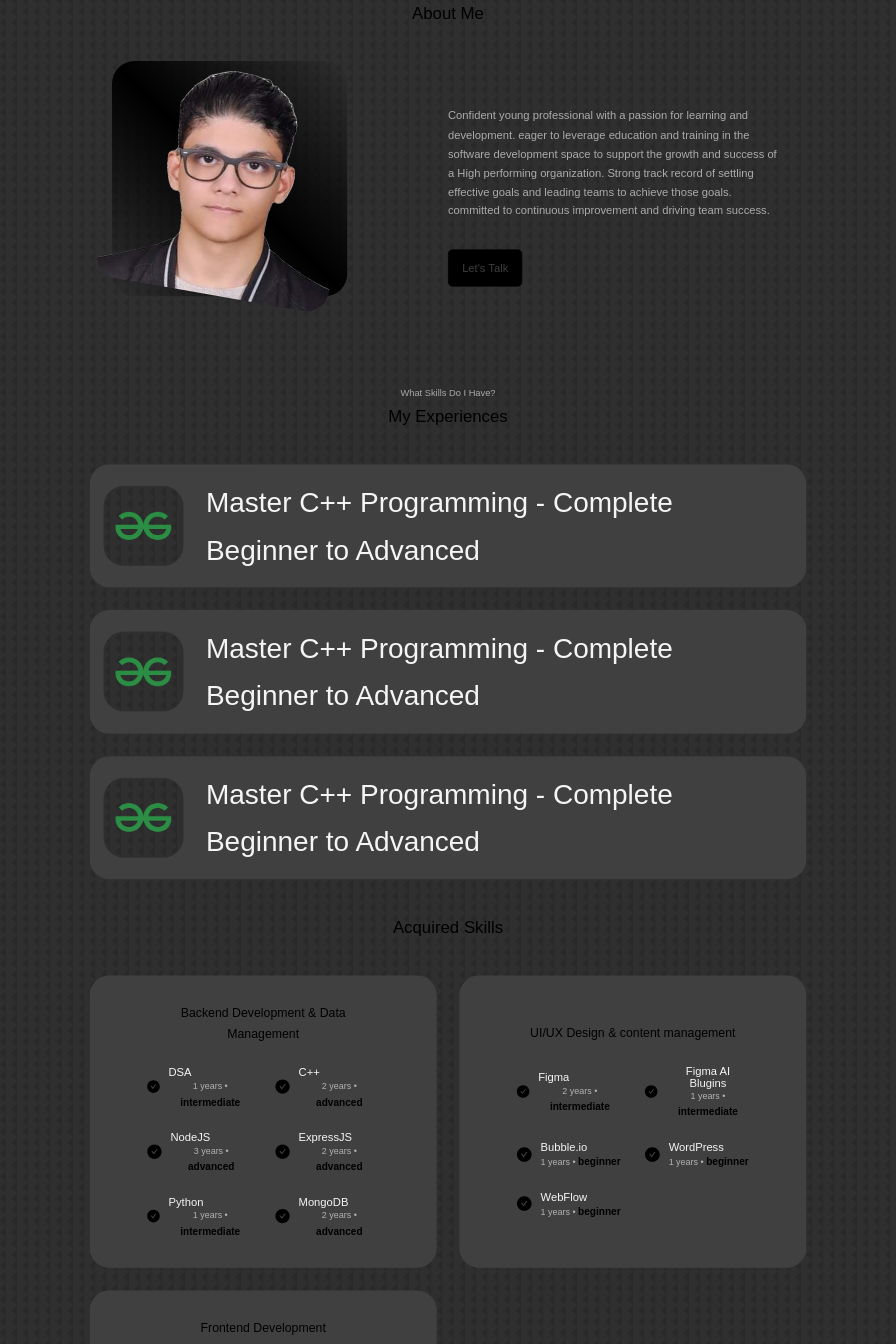
Repository: Z-Bahaa/project_joker_react_portfolio
Page: /
An editor plug-in stored every save of this project. The page is shown before and after the next save, followed by the edit.
The browser window is 1280 px wide. The pictures show the part of the page from y = 1015 to 2935 px (the page is 5472 px tall), at 70% of full size.
Some web fonts or font styles are not loaded; a fallback is used. The project was rebuilt for these pictures with package versions that can differ from the ones it lists, and the page was loaded fresh each time. Imported but missing from the stored project, and not drawn on this page: src/assets/resume.pdf.

Above is the page before, as saved 2023-08-21 14:06:08.

After the next save:
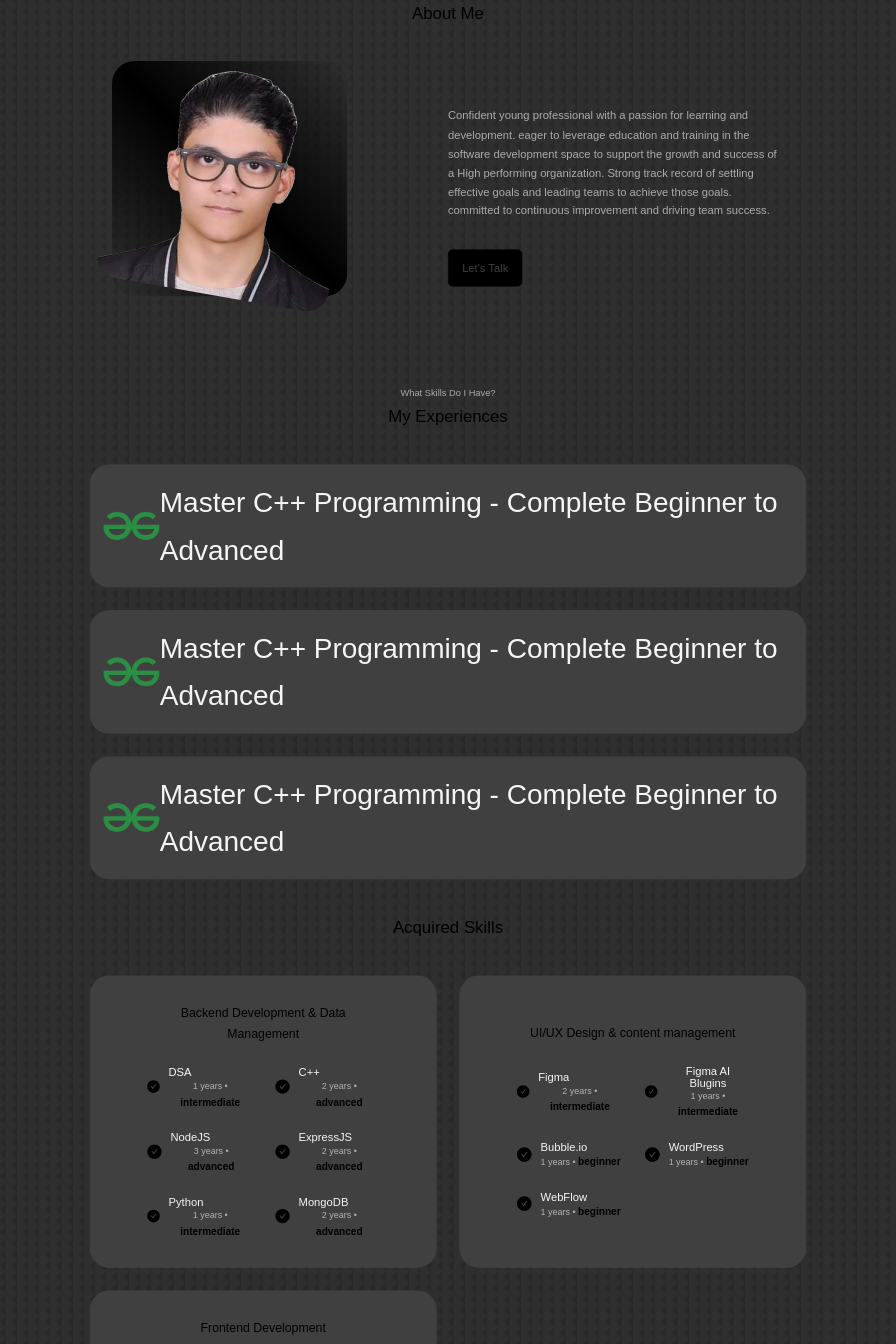
Saved 36 s later.
--- a/src/components/experience/experience.css
+++ b/src/components/experience/experience.css
@@ -43,7 +43,7 @@
   padding: 1.2rem;
 }
 
-.history__container>div .image-container{
+.history__container>div course-details-container{
   aspect-ratio: 1;
   display: flex;
   align-items: center;

After the save that followed:
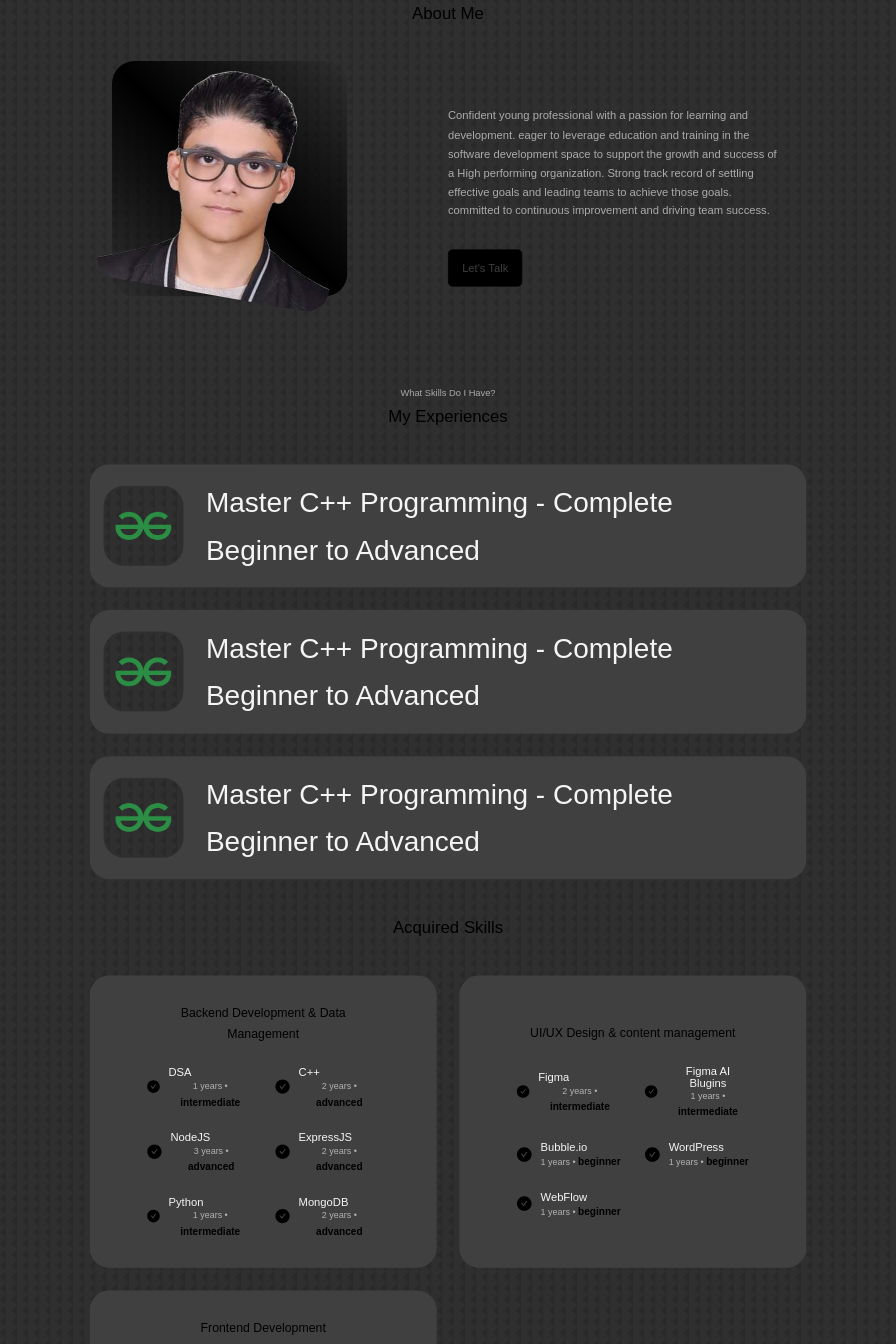
Saved 5 s later.
--- a/src/components/experience/experience.css
+++ b/src/components/experience/experience.css
@@ -43,7 +43,7 @@
   padding: 1.2rem;
 }
 
-.history__container>div course-details-container{
+.history__container>div .image-container{
   aspect-ratio: 1;
   display: flex;
   align-items: center;
